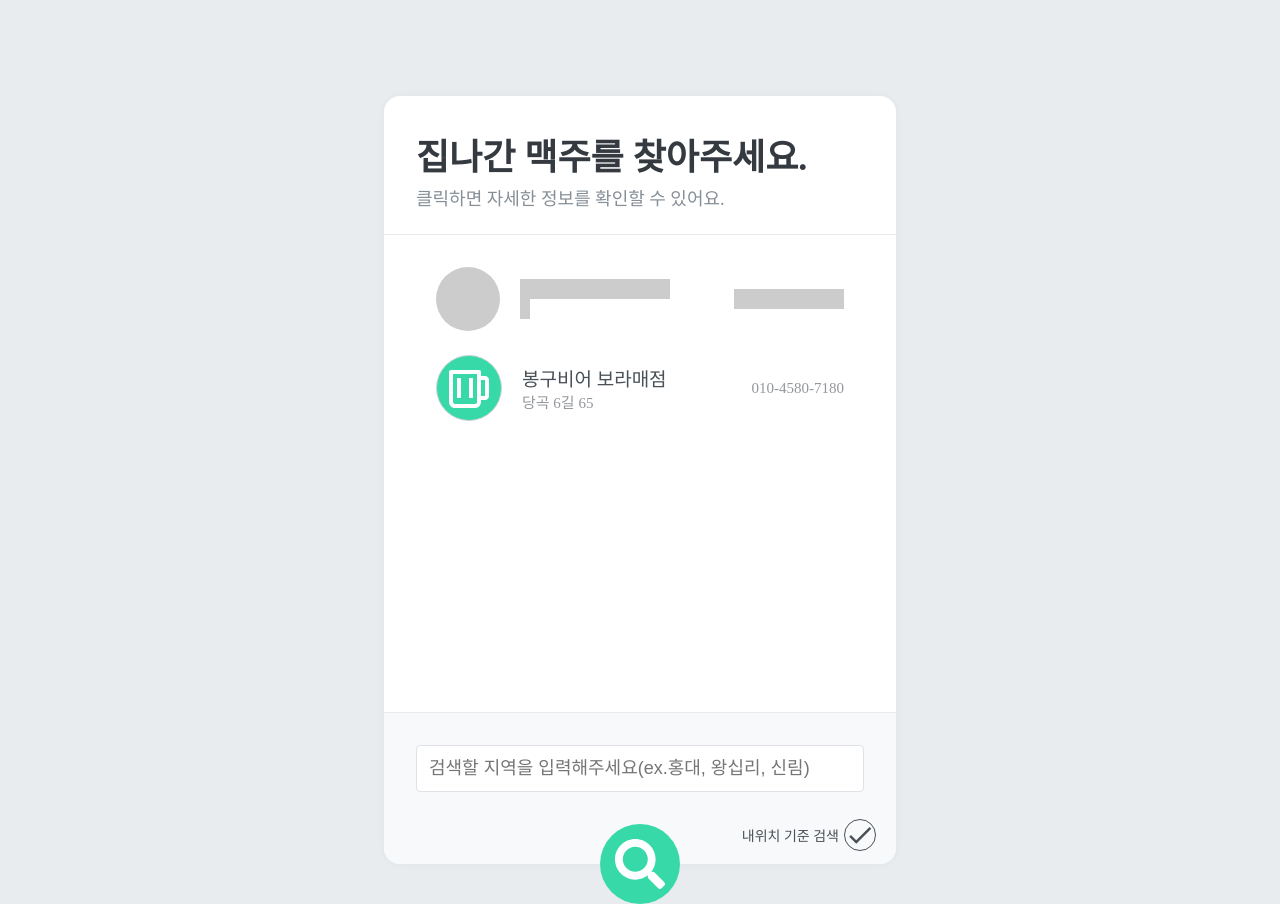
Repository: THE-SOPT-WEB/kimNamjun
Page: / (app in week4/bring-my-beer/)
The author's editor kept a copy of each file at every save. The page is drawn from the files as they stood at one save, then again after the next save.
The browser window is 1280 px wide. The pictures show the whole page.
The project was rebuilt for these pictures with package versions that can differ from the ones it lists, and the page was loaded fresh each time.

Above is the page before, as saved 2022-05-13 03:36:19.

### week4/bring-my-beer/public/index.html
<!DOCTYPE html>
<html lang="en">
  <head>
    <meta charset="utf-8" />
    <link rel="icon" href="%PUBLIC_URL%/favicon.ico" />
    <meta name="viewport" content="width=device-width, initial-scale=1" />
    <meta name="theme-color" content="#000000" />
    <meta
      name="description"
      content="Web site created using create-react-app"
    />
    <link rel="apple-touch-icon" href="%PUBLIC_URL%/logo192.png" />
    <!--
      manifest.json provides metadata used when your web app is installed on a
      user's mobile device or desktop. See https://developers.google.com/web/fundamentals/web-app-manifest/
    -->
    <link rel="manifest" href="%PUBLIC_URL%/manifest.json" />
    <!--
      Notice the use of %PUBLIC_URL% in the tags above.
      It will be replaced with the URL of the `public` folder during the build.
      Only files inside the `public` folder can be referenced from the HTML.

      Unlike "/favicon.ico" or "favicon.ico", "%PUBLIC_URL%/favicon.ico" will
      work correctly both with client-side routing and a non-root public URL.
      Learn how to configure a non-root public URL by running `npm run build`.
    -->
    <title>우리동네 맥주집</title>
  </head>
  <body>
    <noscript>You need to enable JavaScript to run this app.</noscript>
    <div id="root"></div>
    <!--
      This HTML file is a template.
      If you open it directly in the browser, you will see an empty page.

      You can add webfonts, meta tags, or analytics to this file.
      The build step will place the bundled scripts into the <body> tag.

      To begin the development, run `npm start` or `yarn start`.
      To create a production bundle, use `npm run build` or `yarn build`.
    -->
  </body>
</html>

### week4/bring-my-beer/src/App.js
import React from 'react';
import { createGlobalStyle } from 'styled-components';
import Template from './components/Template';
import Header from './components/Header';
import List from './components/List';
import Search from './components/Search';
import SkeletonItem from './components/SkeletonItem';


const GlobalStyle = createGlobalStyle`
  body {
    background: #e9ecef;
  }
`;

function App() {
  return (
    <>
      <GlobalStyle />
      <Template>
        <Header />
        <List />
        <Search />
      </Template>
    </>
  );
}

export default App;

### week4/bring-my-beer/src/components/Template.jsx
import React from 'react';
import styled from 'styled-components';

const TemplateBlock = styled.div`
  width: 512px;
  height: 768px;

  position: relative;
  background: white;
  border-radius: 16px;
  box-shadow: 0 0 8px 0 rgba(0, 0, 0, 0.04);

  margin: 0 auto;

  margin-top: 96px;
  margin-bottom: 32px;
  display: flex;
  flex-direction: column;
`;

function Template({ children }) {
  return <TemplateBlock>{children}</TemplateBlock>;
}

export default Template;

### week4/bring-my-beer/src/components/Header.jsx
import React from 'react';
import styled from 'styled-components';

const HeaderBlock = styled.div`
  padding: 32px 32px 24px 32px;
  border-bottom: 1px solid #e9ecef;
  h1 {
    margin: 0;
    font-size: 36px;
    color: #343a40;
  }
  .tip {
    margin-top: 4px;
    color: #868e96;
    font-size: 18px;
  }
`;

function Header() {
  return (
    <HeaderBlock>
      <h1>집나간 맥주를 찾아주세요. </h1>
      <div className="tip">클릭하면 자세한 정보를 확인할 수 있어요.</div>
    </HeaderBlock>
  );
}

export default Header;

### week4/bring-my-beer/src/components/List.jsx
import React from 'react';
import axios from "axios";
import Skeleton, { SkeletonTheme } from 'react-loading-skeleton'
import styled from 'styled-components';
import Item from './Item';
import SkeletonItem from './SkeletonItem';

const ListBlock = styled.div`
  flex: 1;
  padding: 20px 32px;
  padding-bottom: 48px;
  overflow-y: auto;
`;

function List() {
  return (
    <ListBlock>
      <SkeletonItem/>
      <Item title="봉구비어 보라매점" adress='당곡 6길 65' contact='010-4580-7180'/>
    </ListBlock>
  );
}

export default List;

### week4/bring-my-beer/src/components/Search.jsx
import React, {useState} from 'react';
import styled, {css} from 'styled-components';
import { FaSearch } from 'react-icons/fa';
import { MdDone } from 'react-icons/md';

const CircleButton = styled.button`
  background: #38d9a9;
  &:hover {
    background: #63e6be;
  }
  &:active {
    background: #20c997;
  }

  cursor: pointer;
  width: 80px;
  height: 80px;
  display: block;
  align-items: center;
  justify-content: center;
  font-size: 50px;
  position: absolute;
  left: 50%;
  bottom: 0px;
  transform: translate(-50%, 50%);
  color: white;
  border-radius: 50%;
  border: none;
  outline: none;
  display: flex;
  align-items: center;
  justify-content: center;
  transition: 0.125s all ease-in;

`;

const InsertFormPositioner = styled.div`
  width: 100%;
  bottom: 0;
  left: 0;
  position: absolute;
`;

const InsertForm = styled.form`
  background: #f8f9fa;
  padding: 32px 32px 72px 32px;
  border-bottom-left-radius: 16px;
  border-bottom-right-radius: 16px;
  border-top: 1px solid #e9ecef;
`;

const Input = styled.input`
  padding: 12px;
  border-radius: 4px;
  border: 1px solid #dee2e6;
  width: 100%;
  outline: none;
  font-size: 18px;
  box-sizing: border-box;
`;

const CheckBox = styled.div`
  font-size: 14px;
  position: absolute;
  right: 20px;
  bottom: 5px;
  display: flex;
  align-items: center;
  justify-content: center;
  transition: 0.125s all ease-in;
  color: #495057;
`

const SmallCheckButton = styled.div`
  &:hover {
    border: 1px solid #38d9a9;
    color:#38d9a9;
  }
  &:active {
    border: 1px solid #20c997;;
    color:#20c997;;
  }

  cursor: pointer;
  width: 30px;
  height: 30px;
  font-size: 50px;
  color: #495057;
  border: 1px solid #495057;
  border-radius: 50%;
  margin-left: 5px;
  display: flex;
  align-items: center;
  justify-content: center;

  transition: 0.125s all ease-in;
  ${props =>
    props.checked &&
    css`
      border: 1px solid #38d9a9;
      color:#38d9a9;
    `}
`

function Search() {

  const [checked, setChecked] = useState(false);

  const onToggle = () => setChecked(!checked);

  return (
    <>
        <InsertFormPositioner>
          <InsertForm>
            <Input autoFocus placeholder="검색할 지역을 입력해주세요(ex.홍대, 왕십리, 신림)" disabled={checked ? true : false } />
          </InsertForm>
        </InsertFormPositioner>
      <CircleButton>
        <FaSearch/>
      </CircleButton>
      <CheckBox>
        <p> 내위치 기준 검색</p>
        <SmallCheckButton onClick={onToggle} checked={ checked ? true : false }>
          <MdDone/>
        </SmallCheckButton>
      </CheckBox>

    </>
  );
}

export default Search;

### week4/bring-my-beer/src/components/SkeletonItem.jsx
import React from 'react';
import styled  from 'styled-components';

const ItemBlock = styled.div`
  display: flex;
  align-items: center;
  padding: 12px 20px;
`;

const Icon = styled.div`
  width: 64px;
  height: 64px;
  border-radius: 50px;
  margin-right: 20px;
  background-color: #ccc;
`;

const Flex = styled.div`
    flex-grow: 1;
`

const Title = styled.div`
  width: 150px;
  height:20px;
  background-color: #ccc;
`;

const Adress = styled.div`
  width: 10px;
  height:20px;
  background-color: #ccc;
`

const  Contact = styled.div`
  width: 110px;
  height:20px;
  background-color: #ccc;
`

function SkeletonItem({ title,adress,contact }) {
  return (
    <ItemBlock>
      <Icon/>
      <Flex>
        <Title/>
        <Adress/>
      </Flex>
      <Contact/>
    </ItemBlock>
  );
}

export default SkeletonItem;

### week4/bring-my-beer/src/components/Item.jsx
import React from 'react';
import styled  from 'styled-components';
import { BiBeer } from 'react-icons/bi';

const ItemBlock = styled.div`
  display: flex;
  align-items: center;
  padding: 12px 20px;
  border-radius:10px;
  transition: 0.25s all ease-in;
  cursor: pointer;
  &:hover{
    transform: scale(1.05);
  }
`;

const Icon = styled.div`
  width: 64px;
  height: 64px;
  border-radius: 50px;
  border: 1px solid #ced4da;
  font-size: 48px;
  display: flex;
  align-items: center;
  justify-content: center;
  margin-right: 20px;
  cursor: pointer;
  background-color: #38d9a9;
  color: #fff;
`;

const Title = styled.div`
  flex: 1;
  font-size: 19px;
  color: #495057;
`;

const Adress = styled.div`
  font-size: 15px;
  color: #94979b;
`

const  Contact = styled.div`
  font-size: 15px;
  color: #94979b;
`

function Item({ title,adress,contact }) {
  return (
    <ItemBlock>
      <Icon >
        <BiBeer />
      </Icon>
      <Title >{title}
        <Adress>{adress}</Adress>
      </Title>
      <Contact>{contact}</Contact>
    </ItemBlock>
  );
}

export default Item;

Loaded but not shown: week4/bring-my-beer/src/index.js (common file)

After the next save:
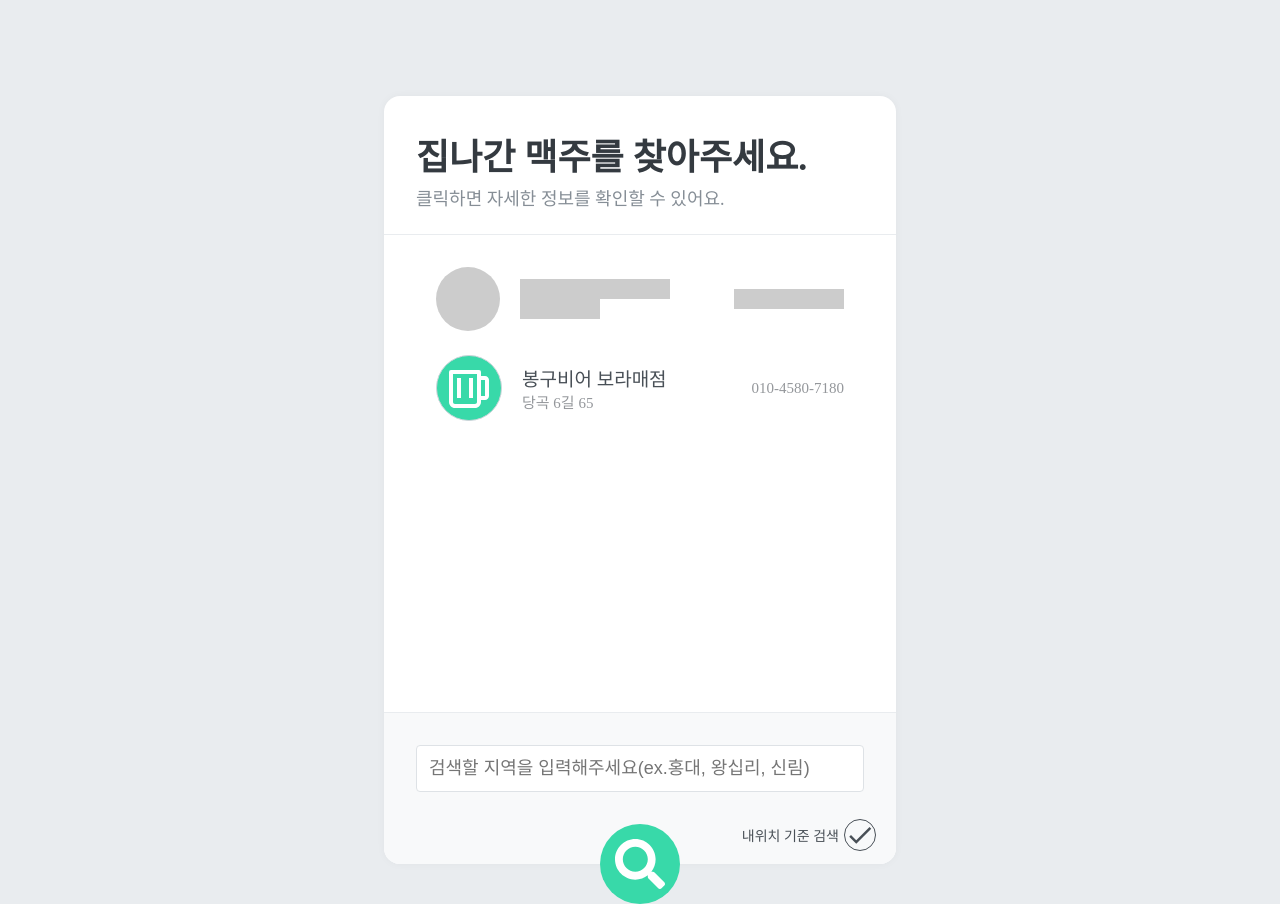
Saved 7 s later.
--- a/week4/bring-my-beer/src/components/SkeletonItem.jsx
+++ b/week4/bring-my-beer/src/components/SkeletonItem.jsx
@@ -26,7 +26,7 @@ const Title = styled.div`
 `;
 
 const Adress = styled.div`
-  width: 10px;
+  width: 80px;
   height:20px;
   background-color: #ccc;
 `
